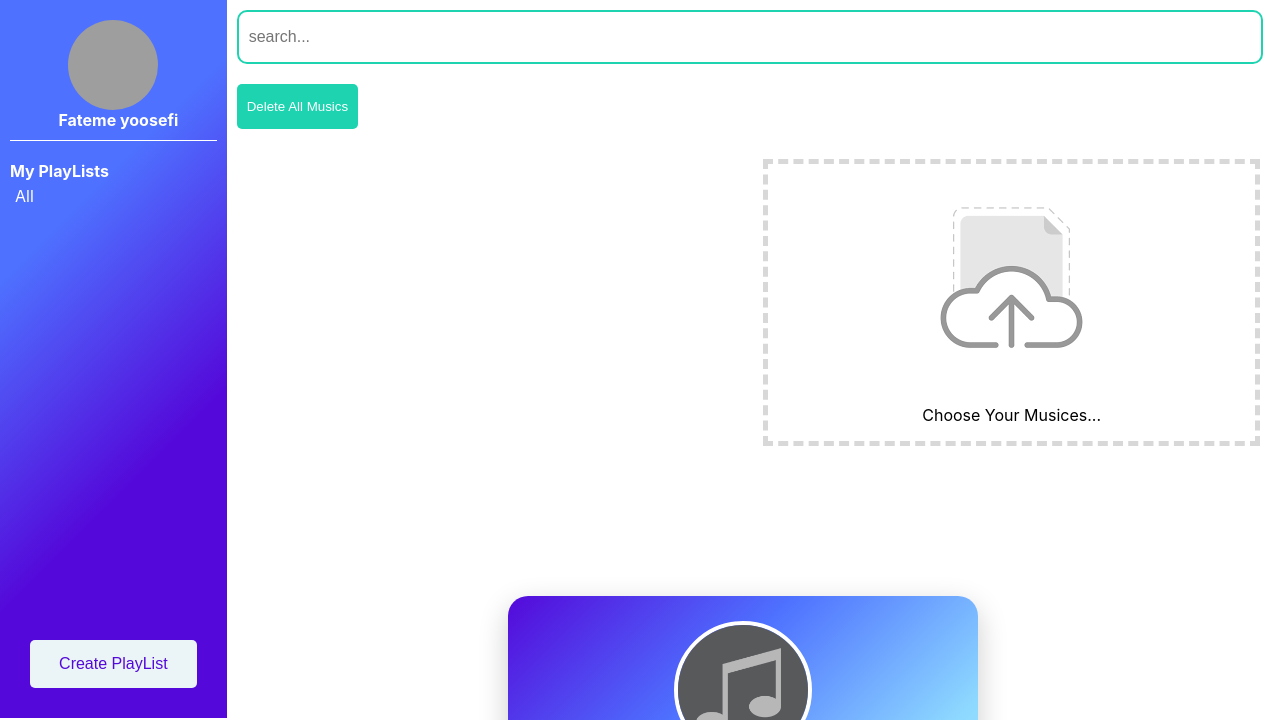
Repository: fateme81yosefi/musicPlayer
Page: /
An editor plug-in stored every save of this project. The page is shown before and after a run of saves, followed by the edit.
The browser window is 1280 px wide. The pictures show the whole page.
Pictures or frames that could not be fetched are drawn as grey boxes. An inner scrolling area shows only its first screen. The project was rebuilt for these pictures with package versions that can differ from the ones it lists, and the page was loaded fresh each time.

Above is the page before, as saved 2025-06-28 14:55:15.

After the next 2 saves:
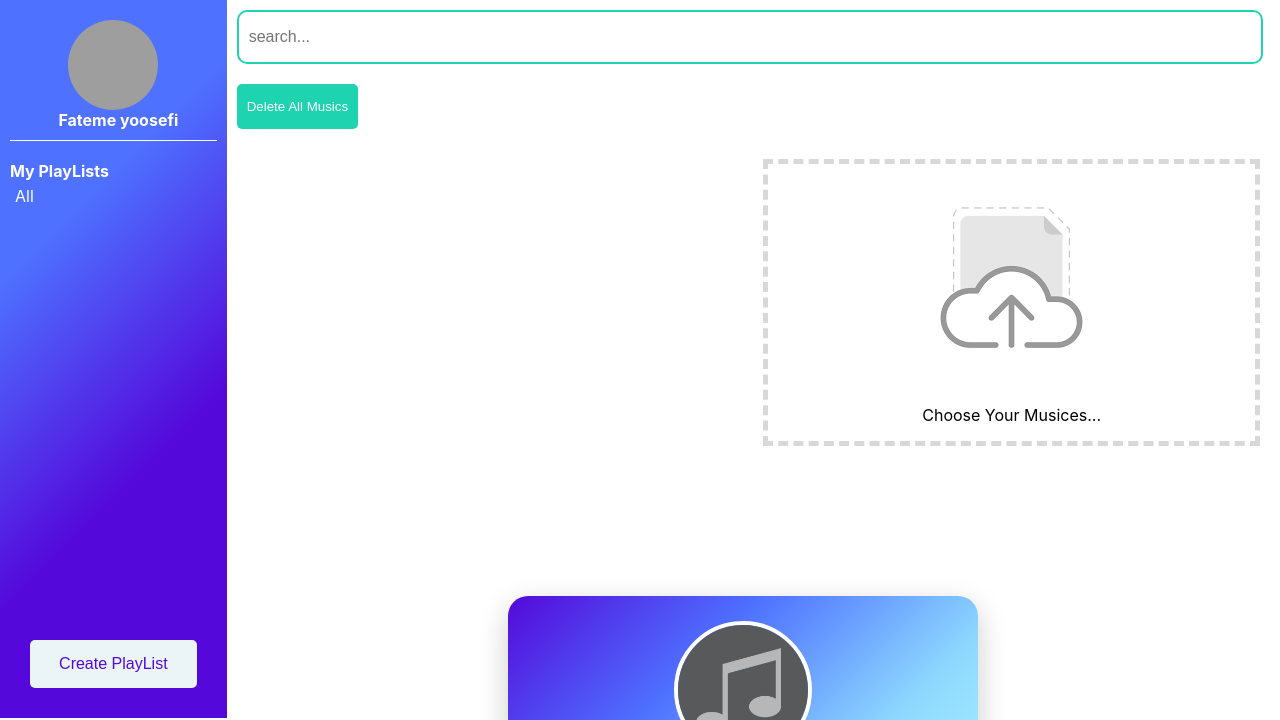
The 2 saves are shown as one change because 1 did not build or start.
The last was saved 3 min 30 s later.
--- a/src/Components/MusicPlayer/MusicPlayer.jsx
+++ b/src/Components/MusicPlayer/MusicPlayer.jsx
@@ -61,13 +61,8 @@
 
         <div className="progress-container" onClick={handleSeek}>
           <div className="progress-bar" style={{ width: `${progress}%` }}></div>
-        </div>
 
-        <button className="play-btn" onClick={togglePlay}>
-          {isPlaying ? "❚❚" : "▶"}
-        </button>
-
-        <div className="controls">
+           <div className="controls">
           <label>
             Volume
             <input
@@ -100,6 +95,13 @@
           volume={volume}
           playbackRate={playbackRate}
         />
+        </div>
+
+        <button className="play-btn" onClick={togglePlay}>
+          {isPlaying ? "❚❚" : "▶"}
+        </button>
+
+
       </div>
     </div>
   );

After the 2 saves that followed:
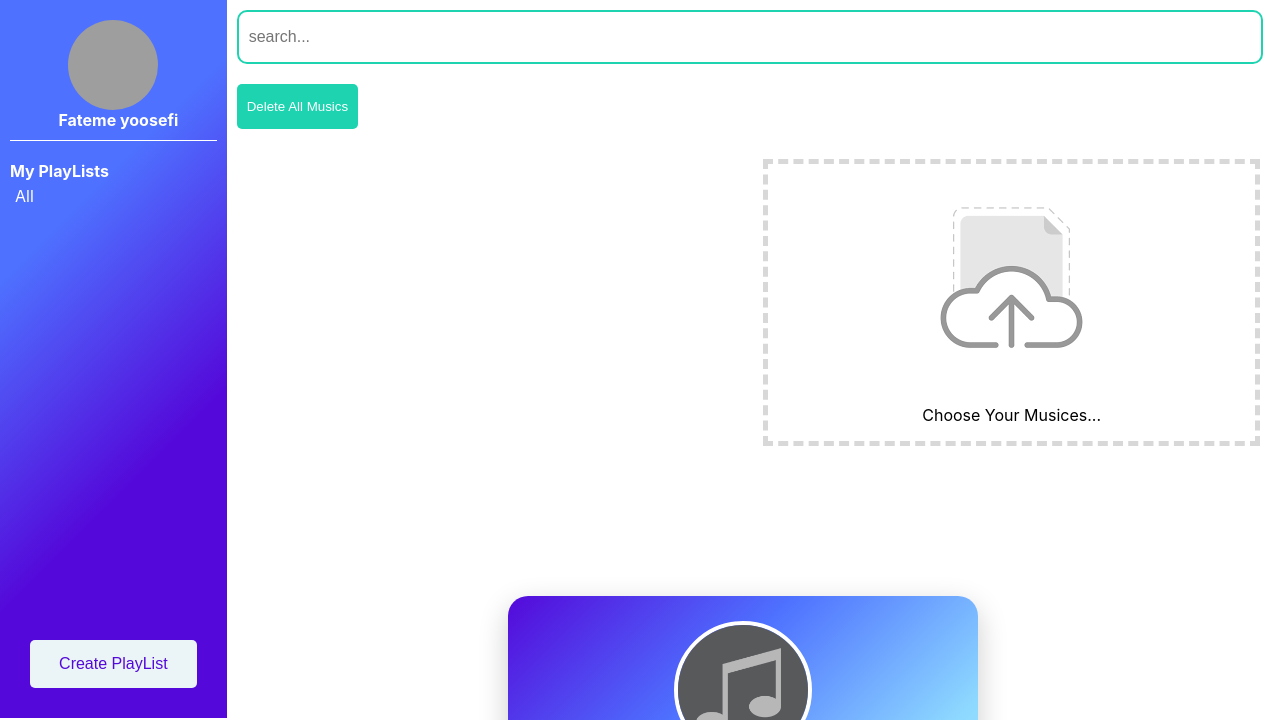
The 2 saves are shown as one change because they came seconds apart.
The last was saved 115 s later.
--- a/src/Components/MusicPlayer/MusicPlayer.jsx
+++ b/src/Components/MusicPlayer/MusicPlayer.jsx
@@ -61,8 +61,13 @@
 
         <div className="progress-container" onClick={handleSeek}>
           <div className="progress-bar" style={{ width: `${progress}%` }}></div>
+        </div>
 
-           <div className="controls">
+        <button className="play-btn" onClick={togglePlay}>
+          {isPlaying ? "❚❚" : "▶"}
+        </button>
+
+        <div className="controls">
           <label>
             Volume
             <input
@@ -95,13 +100,6 @@
           volume={volume}
           playbackRate={playbackRate}
         />
-        </div>
-
-        <button className="play-btn" onClick={togglePlay}>
-          {isPlaying ? "❚❚" : "▶"}
-        </button>
-
-
       </div>
     </div>
   );
